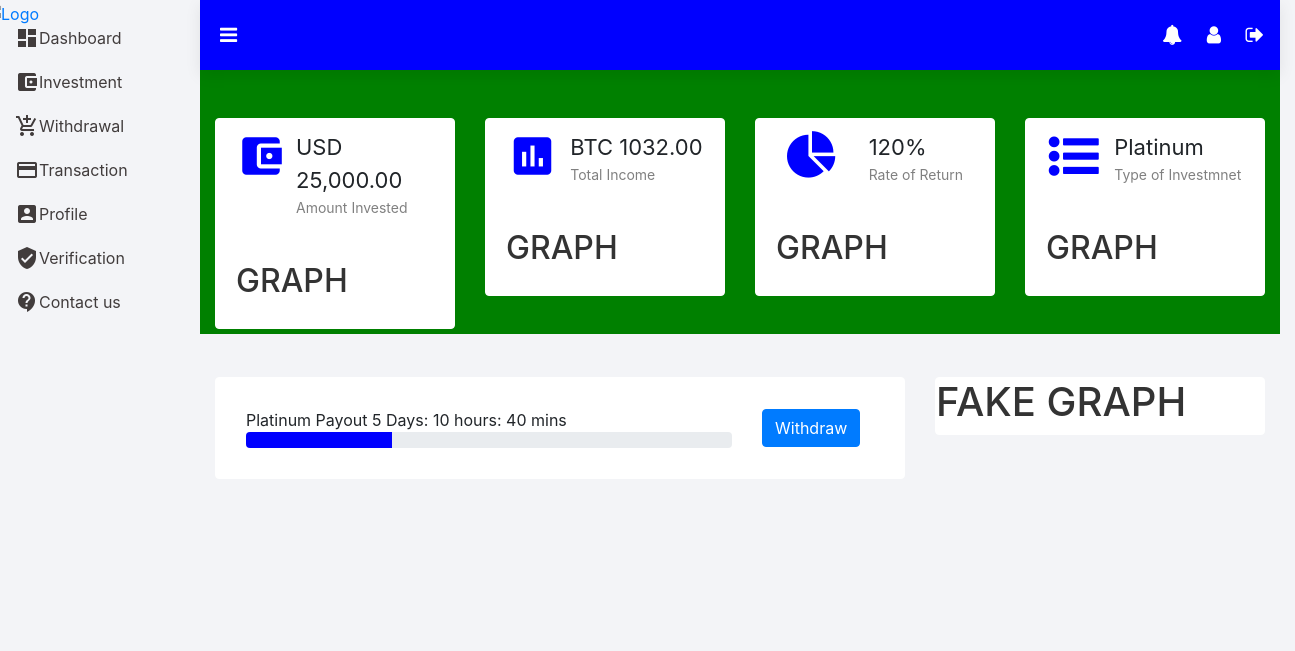
Repository: latenightsnacc/Static-Web-Projects
Page: investment-site/index.html
These files come from the project's save history. The page is drawn as it stood at one moment and after the next save; the edit follows.
The browser window is 1280 px wide. The page is 1295 px wide, so the pictures cover 1295 px, including what lies to the right of the window. The pictures show the whole page.
Some web libraries are served in a nearby version. The style sheet was rebuilt from its Sass, Less or Tailwind sources for each picture, by a compiler version that may differ from the author's.

Above is the page before, as saved 2020-07-31 09:43:15.
Console error (its wording comes from the project's code and is left out).

### investment-site/index.html
<!DOCTYPE html>
<html lang="en">
<head>
    <meta charset="UTF-8">
    <meta name="viewport" content="width=device-width, initial-scale=1.0">
    <link rel="stylesheet" href="https://cdn.jsdelivr.net/npm/uikit@3.5.4/dist/css/uikit.min.css" />
    <!--Bootstrap-->
    <link rel="stylesheet" href="https://stackpath.bootstrapcdn.com/bootstrap/4.5.0/css/bootstrap.min.css" integrity="sha384-9aIt2nRpC12Uk9gS9baDl411NQApFmC26EwAOH8WgZl5MYYxFfc+NcPb1dKGj7Sk" crossorigin="anonymous">
    <!--Font awesome -->
    <link rel="stylesheet" href="https://stackpath.bootstrapcdn.com/font-awesome/4.7.0/css/font-awesome.min.css">
    <!--Google Icons-->
    <link href="https://fonts.googleapis.com/icon?family=Material+Icons" rel="stylesheet">
    <!--Custom Stylesheet-->
    <link rel="stylesheet" href="stylesheet.css">
    <title>Investment Site</title>
</head>
<body>
    <main class="row">
        <!--Sidebar-->
        <div class="sidebar">
            <div class="sideNav-menu">
                <a href="index.html">
                    <img src="#" alt="Logo" />
                </a>
                <ul class="side-menu">
                    <li>
                        <a href="#" class="menu-item">
                            <span class="material-icons">dashboard</span>
                            <span class="menu-link">Dashboard</span>
                        </a>
                    </li>
                    <li>
                        <a href="#" class="menu-item">
                            <span class="material-icons">account_balance_wallet</span>
                            <span class="menu-link">Investment</span>
                        </a>
                    </li>
                    <li>
                        <a href="#" class="menu-item">
                            <span class="material-icons">add_shopping_cart</span>
                            <span class="menu-link">Withdrawal</span>
                        </a>
                    </li>
                    <li>
                        <a href="#" class="menu-item">
                            <span class="material-icons">payment</span>
                            <span class="menu-link">Transaction</span>
                        </a>
                    </li>
                    <li>
                        <a href="#" class="menu-item">
                            <span class="material-icons">account_box</span>
                            <span class="menu-link">Profile</span>
                        </a>
                    </li>
                    <li>
                        <a href="#" class="menu-item">
                            <span class="material-icons">verified_user</span>
                            <span class="menu-link">Verification</span>
                        </a>
                    </li>
                    <li>
                        <a href="#" class="menu-item">
                            <span class="material-icons">contact_support</span>
                            <span class="menu-link">Contact us</span>
                        </a>
                    </li>
                </ul>
            </div>
        </div>
        <!--Main-->
        <div class="main-content" id="main">

            <!--Header-->
            <div class="header">
                <div class="menu">
                    <button class="icon" id="menu-icon">
                        <i class="fa fa-bars"></i>
                    </button>
                    <div class="other-icons pr-3">
                        <button class="icon">
                            <i class="fa fa-bell"></i>
                        </button>
                        <button class="icon">
                            <i class="fa fa-user"></i>
                        </button>
                        <button class="icon">
                            <i class="fa fa-sign-out"></i>
                        </button>
                    </div>
                </div>
            </div>

            <!--Summary Cards-->
            <div class="container">
                <div class="row mt-5">
                    <div class="col-sm-12 col-md-3 col-lg-3">
                        <div class="card">
                            <div class="card-header">
                                <span class="material-icons sc-icon">account_balance_wallet</span>
                                <div class="card-title">USD 25,000.00
                                    <span>Amount Invested</span>
                                </div>
                            </div>
                            <div class="card-body">
                                <h2>GRAPH</h2>
                            </div>
                        </div>
                    </div>
                    <div class="col-sm-12 col-md-3 col-lg-3">
                        <div class="card">
                            <div class="card-header">
                                <span class="material-icons sc-icon">assessment</span>
                                <div class="card-title">BTC 1032.00
                                    <span>Total Income</span>
                                </div>
                            </div>
                            <div class="card-body">
                                <h2>GRAPH</h2>
                            </div>
                        </div>
                    </div>
                    <div class="col-sm-12 col-md-3 col-lg-3">
                        <div class="card">
                            <div class="card-header">
                                <span class="fa fa-pie-chart sc-icon"></span>
                                <div class="card-title">120%
                                    <span>Rate of Return</span>
                                </div>
                            </div>
                            <div class="card-body">
                                <h2>GRAPH</h2>
                            </div>
                        </div>
                    </div>
                    <div class="col-sm-12 col-md-3 col-lg-3">
                        <div class="card">
                            <div class="card-header">
                                <span class="fa fa-list-ul sc-icon"></span>
                                <div class="card-title">Platinum
                                    <span>Type of Investmnet</span>
                                </div>
                            </div>
                            <div class="card-body">
                                <h2>GRAPH</h2>
                            </div>
                        </div>
                    </div>
                </div>
            </div>

            <div class="container">
                <div class="row mt-5">
                    <div class="col-sm-12 col-md-8 col-lg-8">
                        <div class="card">
                            <div class="row card-container">
                                <div class="col-sm-9 col-md-9 col-lg-9">
                                    <div class="investment-title">Platinum Payout
                                        <span>5 Days: 10 hours: 40 mins</span>
                                    </div>
                                    <div class="progress">
                                        <div class="progress-bar" role="progressbar" style="width: 30%" aria-valuenow="30" aria-valuemin="30" aria-valuemax="100"></div>
                                    </div>
                                </div>
                                <div class="col-sm-3 col-md-3 col-lg-3">
                                    <div class="btnBox">
                                        <button class="btn btn-primary">Withdraw</button>
                                    </div>
                                </div>
                            </div>
                        </div>

                        <!--Table-->

                    </div>
                    <div class="col-sm-12 col-md-4 col-lg-4">
                        <div class="card">
                            <h1>FAKE GRAPH</h1>
                        </div>
                    </div>
                </div>
            </div>

        </div>
    </main>
    <script src="https://code.jquery.com/jquery-3.5.1.slim.min.js" integrity="sha384-DfXdz2htPH0lsSSs5nCTpuj/zy4C+OGpamoFVy38MVBnE+IbbVYUew+OrCXaRkfj" crossorigin="anonymous"></script>
    <script src="https://cdn.jsdelivr.net/npm/popper.js@1.16.0/dist/umd/popper.min.js" integrity="sha384-Q6E9RHvbIyZFJoft+2mJbHaEWldlvI9IOYy5n3zV9zzTtmI3UksdQRVvoxMfooAo" crossorigin="anonymous"></script>
    <script src="https://stackpath.bootstrapcdn.com/bootstrap/4.5.0/js/bootstrap.min.js" integrity="sha384-OgVRvuATP1z7JjHLkuOU7Xw704+h835Lr+6QL9UvYjZE3Ipu6Tp75j7Bh/kR0JKI" crossorigin="anonymous"></script>
    <script src="https://cdnjs.cloudflare.com/ajax/libs/jquery/3.5.1/jquery.min.js"></script>
    <script src="main.js"></script>
</body>
</html>

### investment-site/main.js
$('#').toggle(
    function() {
        $('#main').css('left', '0')
    }, function() {
        $('#main').css('left', '200px')
    }
)

### investment-site/stylesheet.scss
@import 'variables';

*{
    margin: 0;
    padding: 0;
    box-sizing: border-box;
    list-style: none;

    a {
        &:hover {
            text-decoration: none;
        }
    }
}

body,html {
    background-color: $bG;
    position: relative;
}
#side-nav, #main {
    position: absolute;
}
#side-nav {
    top: 0px;
    width: 200px;
    bottom: 0px;
    background:orange;
    box-shadow: $bS;
}
#main {
    top: 0px;
    left: 200px;
    right: 0;
    bottom: 0px;
    background:green;
}

.header {
    background-color: $blue;
    box-shadow: $bS;

}

.menu {
    display: flex;
    justify-content: space-between;
    align-items: center;
    height: 70px;
}

.icon {
    background-color: transparent;
    border: none;
    color: white;
    font-size: 20px;
    margin-left: 20px;
}

.sc-icon {
    font-size: 50px;
    color: $blue;
}

.sideNav-menu {
    img{
        height: 100px;
    }
    li {
        margin-bottom: 20px;
        .menu-item {
            display: flex;
            align-items: center;
            color: rgb(65, 60, 60);

            &:hover {
                color: blue;
            }
        }

    }
}
.card {
    border: 1px solid $white;
    .card-header{
        background-color: $white !important;
        border: none;
        display: flex;
        justify-content: space-around;
        align-items: flex-start;
    }
    .card-title {
        display: flex;
        flex-direction: column;
        font-size: 22px;
        padding-left: 10px;
        span {
            font-size: 14px;
            color: grey;
        }
    }
}

.card-container {
    display: flex;
    height: 100px;
    align-items: center;
    padding-left: 30px;
}
.progress-bar {
    background-color: blue !important;
}

### investment-site/_variables.scss
$bS: 0 5px 15px rgba(0,0,0,0.08);
$blue: blue;
$bG: #f3f4f7;
$white: #fff;

After the next save:
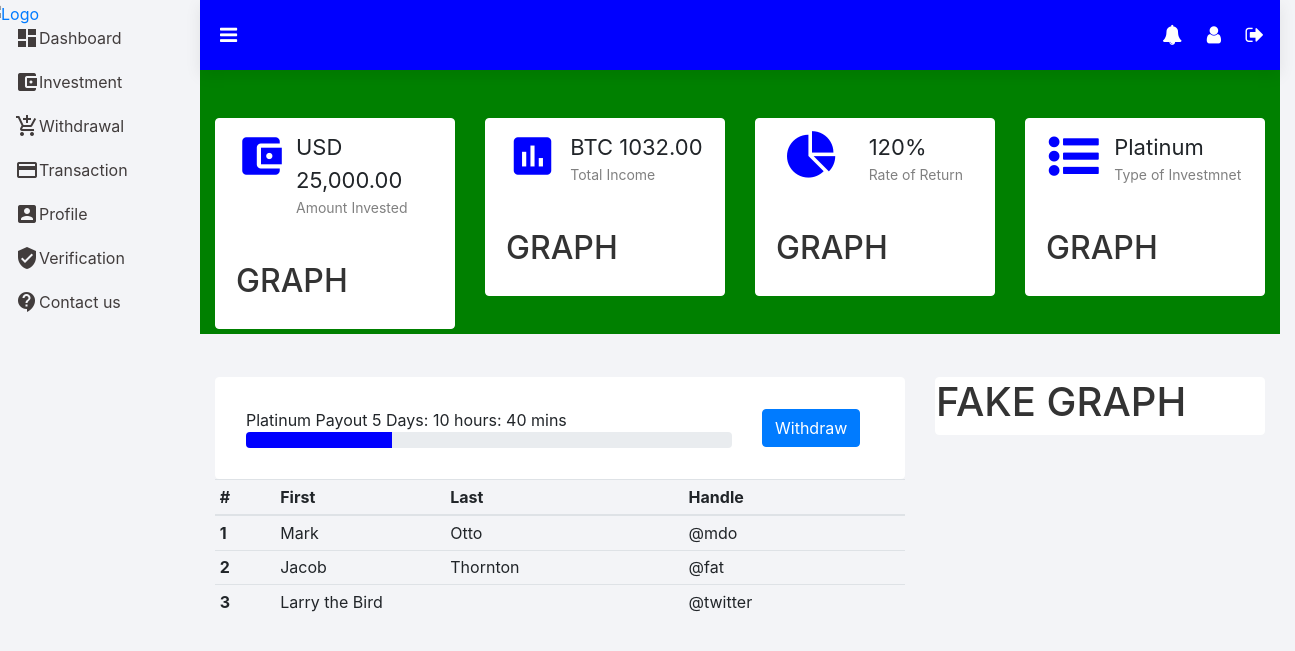
Saved 58 s later.
--- a/investment-site/index.html
+++ b/investment-site/index.html
@@ -171,7 +171,37 @@
                         </div>
 
                         <!--Table-->
-
+                        <div class="table-container">
+                            <table class="table table-sm">
+                                <thead>
+                                  <tr>
+                                    <th scope="col">#</th>
+                                    <th scope="col">First</th>
+                                    <th scope="col">Last</th>
+                                    <th scope="col">Handle</th>
+                                  </tr>
+                                </thead>
+                                <tbody>
+                                  <tr>
+                                    <th scope="row">1</th>
+                                    <td>Mark</td>
+                                    <td>Otto</td>
+                                    <td>@mdo</td>
+                                  </tr>
+                                  <tr>
+                                    <th scope="row">2</th>
+                                    <td>Jacob</td>
+                                    <td>Thornton</td>
+                                    <td>@fat</td>
+                                  </tr>
+                                  <tr>
+                                    <th scope="row">3</th>
+                                    <td colspan="2">Larry the Bird</td>
+                                    <td>@twitter</td>
+                                  </tr>
+                                </tbody>
+                            </table>
+                        </div>
                     </div>
                     <div class="col-sm-12 col-md-4 col-lg-4">
                         <div class="card">
